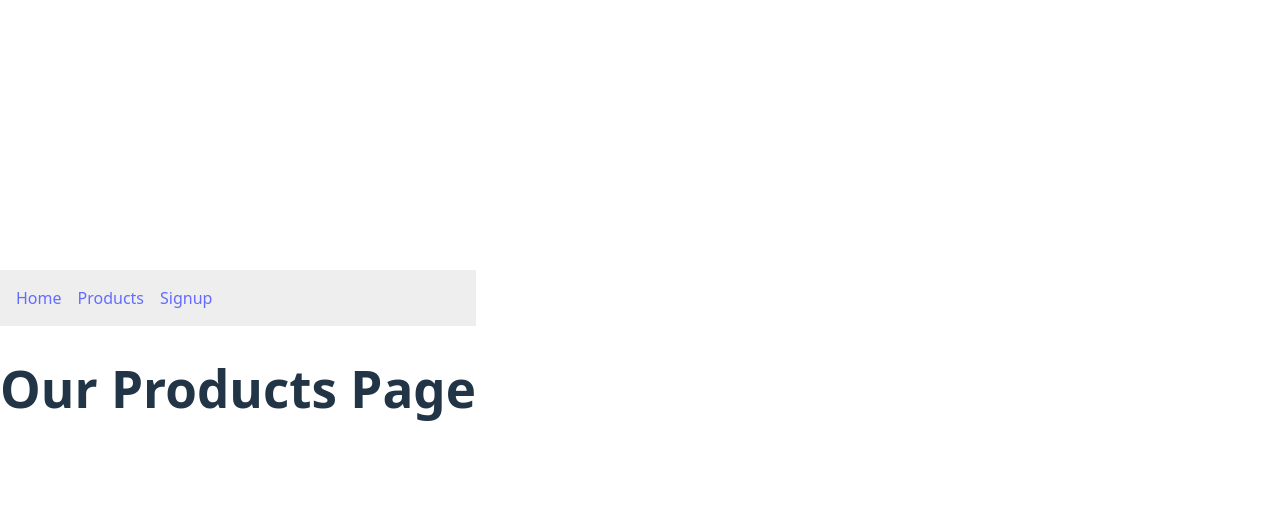
Repository: Amirtx7x/NodeJSproject
Page: /products (app in client/)
The author's editor kept a copy of each file at every save. The page is drawn from the files as they stood at one save, then again after the next save.
The browser window is 1280 px wide. The pictures show the whole page.
The project was rebuilt for these pictures with package versions that can differ from the ones it lists, and the page was loaded fresh each time. Also part of the build but not shown: client/vite.config.ts, client/src/pages/AllPages.css, client/src/pages/Home.tsx, client/src/pages/Joinus.tsx.

Above is the page before, as saved 2025-06-01 17:46:02.

After the next save:
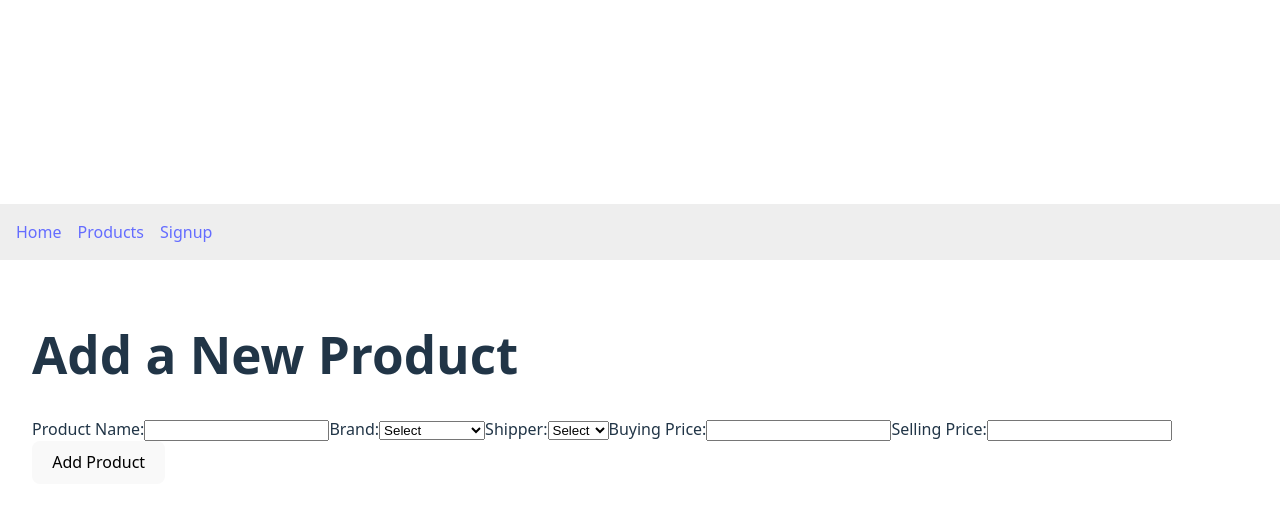
Saved 2 min 14 s later.
--- a/client/src/pages/Products.tsx
+++ b/client/src/pages/Products.tsx
@@ -1,5 +1,57 @@
+import { useState } from 'react';
+
 function Products() {
-    return <h1>Our Products Page</h1>;
+    const [form, setForm] = useState({
+        name: '',
+        brand: '',
+        shipper: '',
+        buying_price: '',
+        selling_price: '',
+    });
+
+    const brands = ['Nike', 'Adidas', 'Under Armour'];
+    const shippers = ['FedEx', 'DHL', 'UPS'];
+
+    const handleChange = (e: React.ChangeEvent<HTMLInputElement | HTMLSelectElement>) => {
+        setForm({ ...form, [e.target.id]: e.target.value });
+    };
+
+    const handleSubmit = (e: React.FormEvent) => {
+        e.preventDefault();
+        console.log('Submitted:', form);
+        alert('Product added!');
+    };
+
+    return (
+        <div style={{ padding: '2rem' }}>
+            <h1>Add a New Product</h1>
+
+            <form onSubmit={handleSubmit}>
+                <label htmlFor="name">Product Name:</label>
+                <input type="text" id="name" value={form.name} onChange={handleChange} required />
+
+                <label htmlFor="brand">Brand:</label>
+                <select id="brand" value={form.brand} onChange={handleChange} required>
+                    <option value="">Select</option>
+                    {brands.map((b) => <option key={b} value={b}>{b}</option>)}
+                </select>
+
+                <label htmlFor="shipper">Shipper:</label>
+                <select id="shipper" value={form.shipper} onChange={handleChange} required>
+                    <option value="">Select</option>
+                    {shippers.map((s) => <option key={s} value={s}>{s}</option>)}
+                </select>
+
+                <label htmlFor="buying_price">Buying Price:</label>
+                <input type="number" id="buying_price" value={form.buying_price} onChange={handleChange} required />
+
+                <label htmlFor="selling_price">Selling Price:</label>
+                <input type="number" id="selling_price" value={form.selling_price} onChange={handleChange} required />
+
+                <button type="submit">Add Product</button>
+            </form>
+        </div>
+    );
 }
 
 export default Products;
